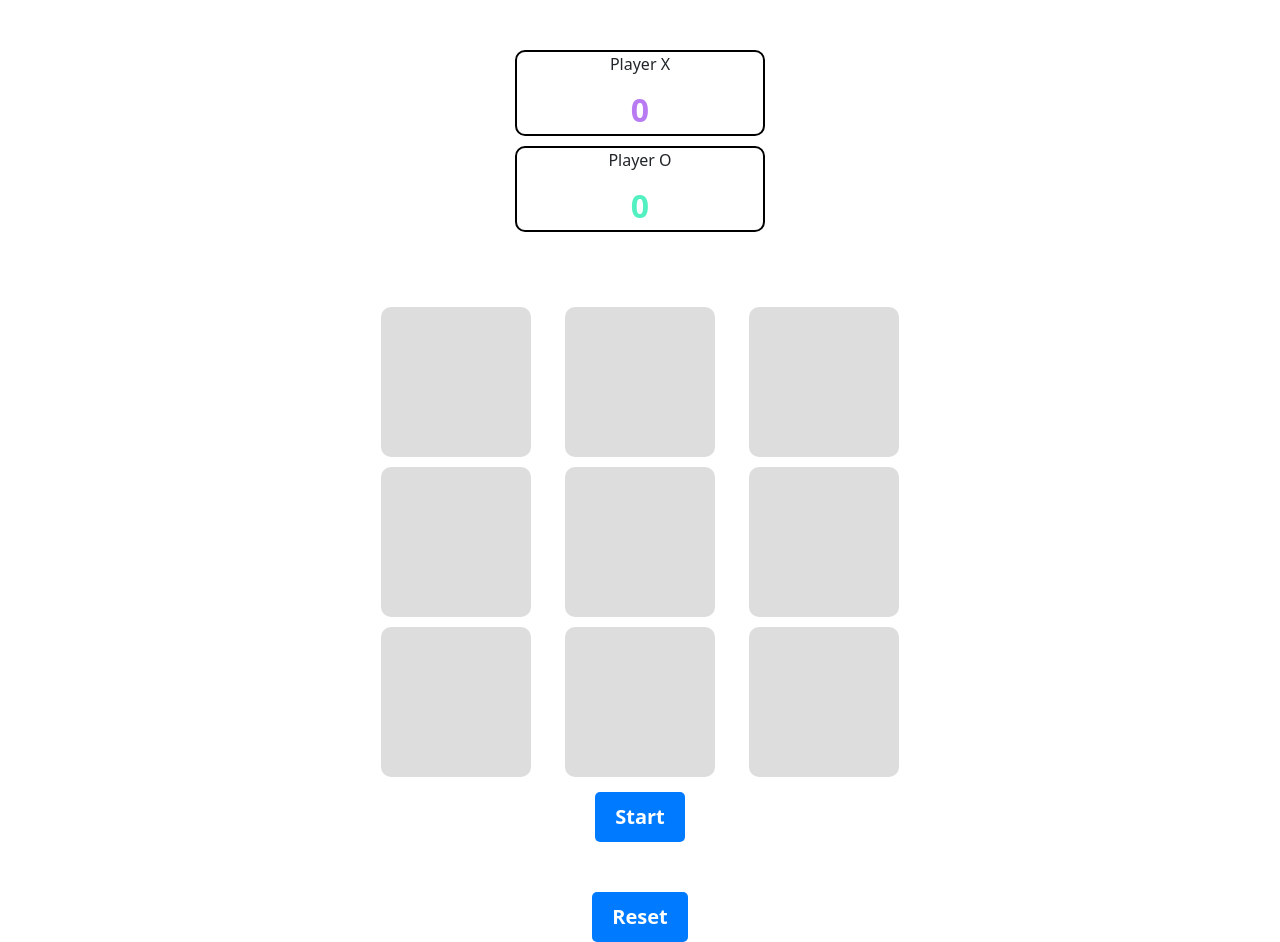
Repository: woodsdeshe/Tic-Tac-Toe
Page: index.html
These files come from the project's save history. The page is drawn as it stood at one moment and after the next save; the edit follows.
The browser window is 1280 px wide. The pictures show the whole page.

Above is the page before, as saved 2023-03-31 21:33:17.

### index.html
<!DOCTYPE html>
<html lang="en">
  <head>
    <meta charset="UTF-8" />
    <meta http-equiv="X-UA-Compatible" content="IE=edge" />
    <meta name="viewport" content="width=device-width, initial-scale=1.0" />
    <title>Tic Tac Toe | DeShe Woods</title>
    <link rel="stylesheet" href="styles.css" />
    <link
      href="https://cdn.jsdelivr.net/npm/bootstrap@5.3.0-alpha2/dist/css/bootstrap.min.css"
      rel="stylesheet"
      integrity="sha384-aFq/bzH65dt+w6FI2ooMVUpc+21e0SRygnTpmBvdBgSdnuTN7QbdgL+OapgHtvPp"
      crossorigin="anonymous"
    />
  </head>
  <body>
    <div class="container">
      <div class="row">
        <div class="col-12 scoreboard scoreboard-left">
          <div>Player X</div>
          <div class="score-x">0</div>
        </div>
        <div class="col-12 scoreboard scoreboard-right">
          <div>Player O</div>
          <div class="score-o">0</div>
        </div>
      </div>
      <div class="message"></div>
      <div class="container game-board">
        <div class="row">
          <div class="col-4">
            <div class="tile square-1"></div>
          </div>
          <div class="col-4">
            <div class="tile square-2"></div>
          </div>
          <div class="col-4">
            <div class="tile square-3"></div>
          </div>
        </div>
        <div class="row">
          <div class="col-4">
            <div class="tile square-4"></div>
          </div>
          <div class="col-4">
            <div class="tile square-5"></div>
          </div>
          <div class="col-4">
            <div class="tile square-6"></div>
          </div>
        </div>
        <div class="row">
          <div class="col-4">
            <div class="tile square-7"></div>
          </div>
          <div class="col-4">
            <div class="tile square-8"></div>
          </div>
          <div class="col-4">
            <div class="tile square-9"></div>
          </div>
        </div>
      </div>
        <div class="start">
            <button class="startBtn">Start</button>
        </div>
        <div class="reset">
            <button class="reset-btn">Reset</button>
        </div>
    </div>
    <script
      src="https://cdn.jsdelivr.net/npm/bootstrap@5.3.0-alpha2/dist/js/bootstrap.bundle.min.js"
      integrity="sha384-qKXV1j0HvMUeCBQ+QVp7JcfGl760yU08IQ+GpUo5hlbpg51QRiuqHAJz8+BrxE/N"
      crossorigin="anonymous"
    ></script>
    <script src="script.js"></script>
  </body>
</html>

### styles.css
.container {
  display: flex;
  flex-direction: column;
  align-items: center;
  margin-top: 50px;
}

.scoreboard {
  display: flex;
  flex-direction: column;
  align-items: center;
  border: 2px solid black;
  border-radius: 10px;
  width: 200px;
}

.scoreboard-left {
  margin-right: 70px;
  margin-bottom: 10px;
}

.scoreboard-right {
  margin: 0;
}

.score-x {
  font-size: 48px;
  color: rgb(184, 123, 241);
}

.score-o {
  font-size: 48px;
  color: rgb(83, 240, 193);
}

.score-x,
.score-o {
  font-size: 2em;
  font-weight: bold;
  margin-top: 10px;
}

.message {
  font-size: 2em;
  margin-bottom: 20px;
}

.game-board {
  display: flex;
  justify-content: center;
}

.tile {
  width: 150px;
  height: 150px;
  background-color: #ddd;
  margin: 5px;
  border-radius: 10px;
  display: flex;
  justify-content: center;
  align-items: center;
  font-size: 50px;
  font-weight: bold;
  cursor: pointer;
}

.startBtn {
    font-size: 20px;
    font-weight: bold;
    padding: 10px 20px;
    background-color: #007bff;
    color: white;
    border-radius: 5px;
    border: none;
    cursor: pointer;
}

.reset {
  text-align: center;
  margin-top: 50px;
}

.reset-btn {
  font-size: 20px;
  font-weight: bold;
  padding: 10px 20px;
  background-color: #007bff;
  color: white;
  border-radius: 5px;
  border: none;
  cursor: pointer;
}

.start {
    text-align: center;
    margin-top: 10px;
}

.x-symbol {
    color: rgb(184, 123, 241);
}

.o-symbol {
    color: rgb(83, 240, 193);
}

@media (max-width: 767px) {
  .scoreboard {
    margin-bottom: 20px;
  }
}

### script.js
// Variables that access the squares, reset button, scoreboards , and messaging for the game that will stay constant
const gameBoard = document.querySelector(".game-board");
const resetBtn = document.querySelector(".reset-btn");
const scoreboardX = document.querySelector(".score-x");
const scoreboardO = document.querySelector(".score-o");
const message = document.querySelector(".message");
const tile = document.querySelectorAll(".tile");

// Variables that access the current player, game over, X and O scores that will change based on conditions of the game
let currentPlayer = "X";
let gameOver = false;
let xScore = 0;
let oScore = 0;

// This event listener will check to see if the tiles are empty and will fill them with the symbol of the current player

gameBoard.addEventListener("click", (event) => {
  event.preventDefault();

  //This if statement checks to see if the game is over before allowing the players to continue playing. If gameOver is true, then the board becomes unclickable
  if (gameOver) {
    return;
  }

  // This variable will hold the square that gets clicked using the .target property
  const square = event.target;

  // Checks to see if the square contains a class of tile and the square is empty. If it's empty then the square will contain a symbol and alternate the symbol according to the current player
  if (square.classList.contains("tile") && square.textContent === "") {
    // This if statement adds or removes the appropriate symbol class based on the current player so that the colors of the symbols will be different
    if (currentPlayer === "X") {
      square.classList.add("x-symbol");
      square.classList.remove("o-symbol");
    } else {
      square.classList.add("o-symbol");
      square.classList.remove("x-symbol");
    }

    square.textContent = currentPlayer;

    //Updates the message variable to show who's turn it is on the screen
    message.textContent = `It's ${currentPlayer} turn`;

    currentPlayer = currentPlayer === "X" ? "O" : "X";
  }

  //Calls the checkForWinner function after each turn to see if a player has won
  checkForWinner();
});

// Check to see if the tiles contain a winning play of a specific player
function currentPlay(plays, player) {
  // The .every method checks through every tile within the player array that checks to see if they contain the current players symbol with a boolean "true" or "false"
  return plays.every((tile) => {
    tileElement = document.querySelector(`.square-${tile}`);
    return tileElement.textContent === player;
  });
}

// This function will check to see which player has the winning set after each move
function checkForWinner() {
  // Nested arrays that show all the winning plays that are needed to win
  const winningPlays = [
    [1, 2, 3],
    [4, 5, 6],
    [7, 8, 9],
    [1, 4, 7],
    [2, 5, 8],
    [3, 6, 9],
    [1, 5, 9],
    [3, 5, 7],
  ];

  // Loops through each array within "winingPlays" and stores the values in the variable "plays"
  for (let i = 0; i < winningPlays.length; i++) {
    const plays = winningPlays[i];

    // Create if/else conditions that will check to see if the current player has a winning play thats in 'winningPlays', if no one wins, it calls the "itsATie" function to alert the players that the game is over and prevents the players from continuing to play using th endGame function"
    if (currentPlay(plays, "X")) {
      xScore++;
      scoreboardX.textContent = xScore;
      message.textContent = "Player X Wins!";
      gameOver = true;
      endGame();
    } else if (currentPlay(plays, "O")) {
      oScore++;
      scoreboardO.textContent = oScore;
      message.textContent = "Player O Wins!";
      gameOver = true;
      endGame();
    } else if (itsATie()) {
      message.textContent = "Game over! It's a tie!!!";
      gameOver = true;
      endGame();
    }
  }

  // This function iterates through all the tiles on the board and checks to see if the board is full. If there isn't any empty tiles left, it returns true.
  function itsATie() {
    for (let i = 0; i < tile.length; i++) {
      if (tile[i].textContent === "") {
        return false;
      }
    }
    return true;
  }

  // This function iterates through all the tiles in the game and removes the gameBoard listener so that the board is no longer clickable when the game is over
  function endGame() {
    for (let i = 0; i < tile.length; i++) {
      tile[i].removeEventListener("click", handleClick);
    }
  }
}

//This function resets the game
function resetGame() {
  currentPlayer = "X";
  gameOver = false;
  message.textContent = `It's ${currentPlayer} turn`;
  scoreboardX.textContent = "0";
  scoreboardO.textContent = "0";
  xScore = 0;
  oScore = 0;

  // Clears the board by setting the text content of all tiles to an empty string
  tile.forEach((tile) => {
    tile.textContent = "";
  });

  // Add back the event listener to each tile so that they are clickable again
  tile.forEach((tile) => {
    tile.addEventListener("click", handleTileClick);
  });
}

resetBtn.addEventListener("click", () => {
  resetGame();
});

After the next save:
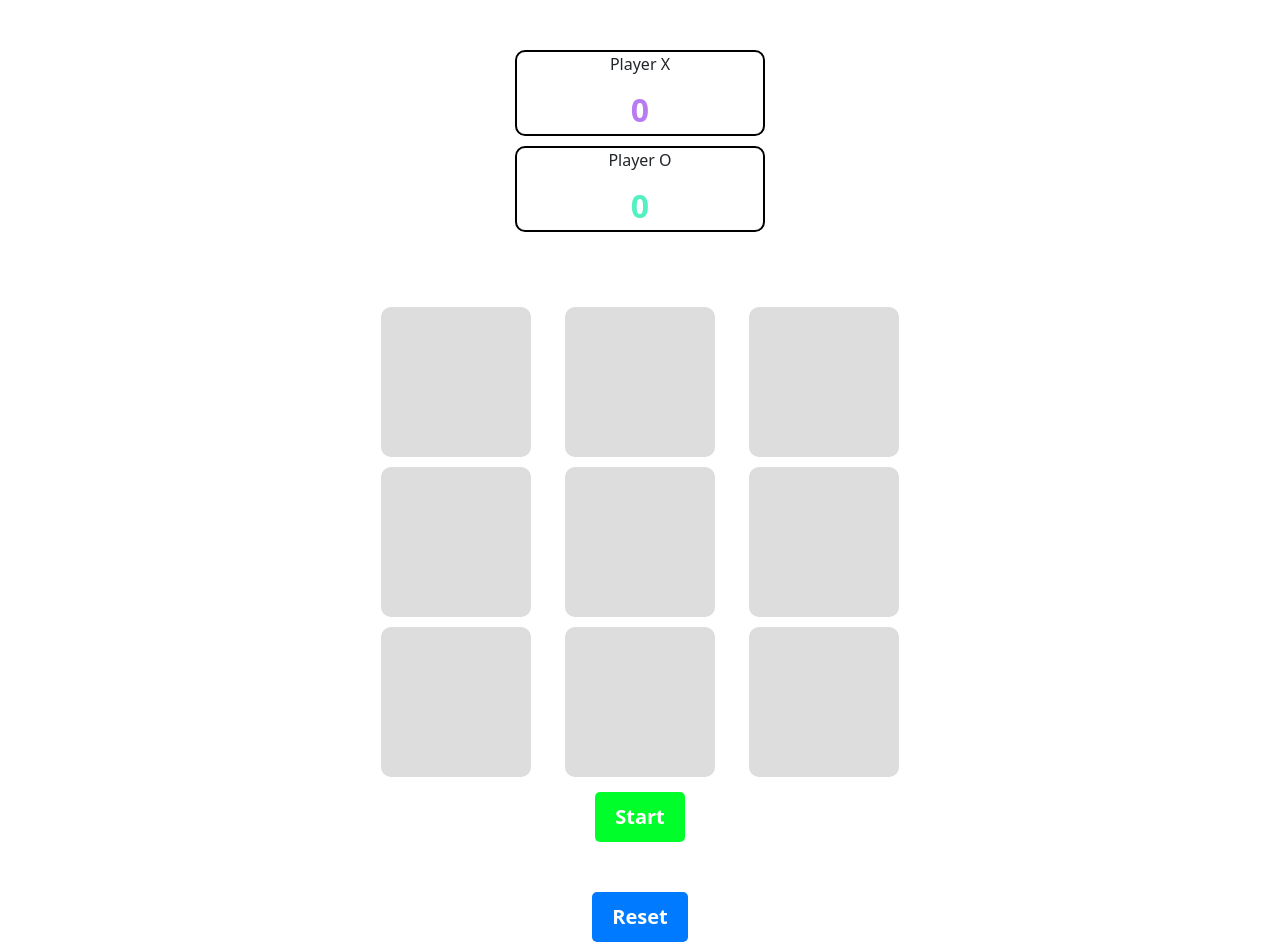
Saved 10 s later.
--- a/styles.css
+++ b/styles.css
@@ -68,7 +68,7 @@
     font-size: 20px;
     font-weight: bold;
     padding: 10px 20px;
-    background-color: #007bff;
+    background-color: #00ff2a;
     color: white;
     border-radius: 5px;
     border: none;
